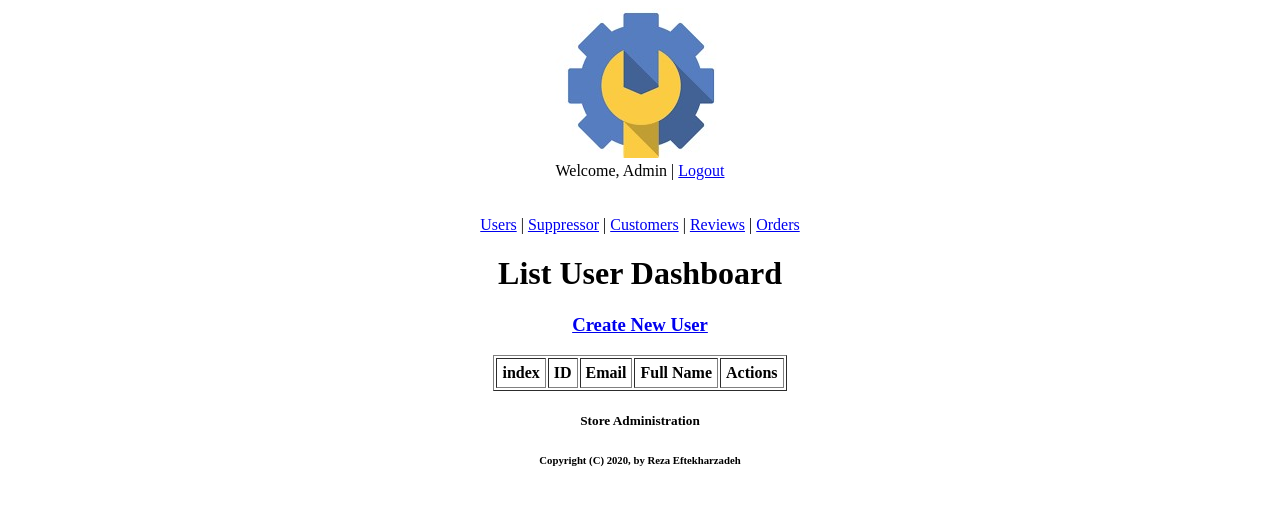
Repository: RezaEftekharzadeh/frey
Page: http://localhost/SilencerStoreProject/admin/user_list.jsp
An editor plug-in stored every save of this project. The page is shown before and after the next save, followed by the edit.
The browser window is 1280 px wide. The pictures show the whole page.
The page is served by Tomcat 9. Nobody is signed in. The application's start-up code is not run. Other server files are loaded and not shown.

Above is the page before, as saved 2020-07-22 11:19:26.

### SilencerStoreProject/WebContent/admin/user_list.jsp
<%@ page language="java" contentType="text/html; charset=ISO-8859-1"
    pageEncoding="ISO-8859-1"%>
    <%@ taglib prefix="c" uri="http://java.sun.com/jsp/jstl/core" %>
<!DOCTYPE html>
<html>
<head>
 <!-- <link rel="stylesheet" href="https://stackpath.bootstrapcdn.com/bootstrap/4.3.1/css/bootstrap.min.css" integrity="sha384-ggOyR0iXCbMQv3Xipma34MD+dH/1fQ784/j6cY/iJTQUOhcWr7x9JvoRxT2MZw1T" crossorigin="anonymous"> -->
<meta charset="ISO-8859-1">
<title>List Users page</title>
</head>
<body>
	<jsp:include page="header.jsp" />
	<div align="center">
	     <h1>List User Dashboard</h1>
	     <h3><a href="user_create.jsp">Create New User</a></h3>
    </div>


   <c:if test="${ message != null }">
    	<c:if test="${ message2 == 1 }">

		    <div align="center">
		    	<h4><i><p style="color:green;">${message}</p></i></h4>

		    </div>

   		</c:if>
    </c:if>

     <c:if test="${ message != null }">
    	<c:if test="${ message2 == 2 }">

		    <div align="center">
		    	<h4><i><p style="color:red;">${message}</p></i></h4>

		    </div>

   		</c:if>
    </c:if>



	<div align="center">
		<table border="1" cellPadding="5">
			<tr>
				<th>index</th>
				<th>ID</th>
				<th>Email</th>
				<th>Full Name</th>
				<th>Actions</th>
			</tr>
			<c:forEach var="user" items="${listUser}" varStatus="status">
				<tr>
					<td>${status.index+1}</td>
					<td>${user.userId}</td>
					<td>${user.email}</td>
					<td>${user.fullName}</td>
					<td>
						<a href="edit_user?id=${user.userId}">Edit</a>
						<a href="javascript:confirmDelete(${user.userId})">Delete</a>
					</td>
				</tr>
			</c:forEach>

		</table>

	</div>



     <jsp:include page="footer.jsp" />

     <script>
		function confirmDelete(userId){

			if(confirm('Are you sure that want to delete ' + userId + '?')){

				window.location= 'delete_user?id='+ userId ;
			}

		}

	</script>
</body>
</html>

### SilencerStoreProject/WebContent/admin/header.jsp
<div align="center">

	<div >
		 <img src="../images/admin-page.jpg">
	</div>

	<div >
	  Welcome, Admin | <a href="logout">Logout</a>
	</div>
	<br><br>

	<div>
		<a href="list_users">Users</a> |
		<a href="suppressor">Suppressor</a> |
		<a href="customers">Customers</a> |
		<a href="reviews">Reviews</a> |
		<a href="orders">Orders</a>
	</div>
</div>

### SilencerStoreProject/WebContent/admin/footer.jsp

<div align="center">

 <h5>Store Administration</h5>
 <h6> Copyright (C) 2020, by Reza Eftekharzadeh</h6>



</div>

After the next save:
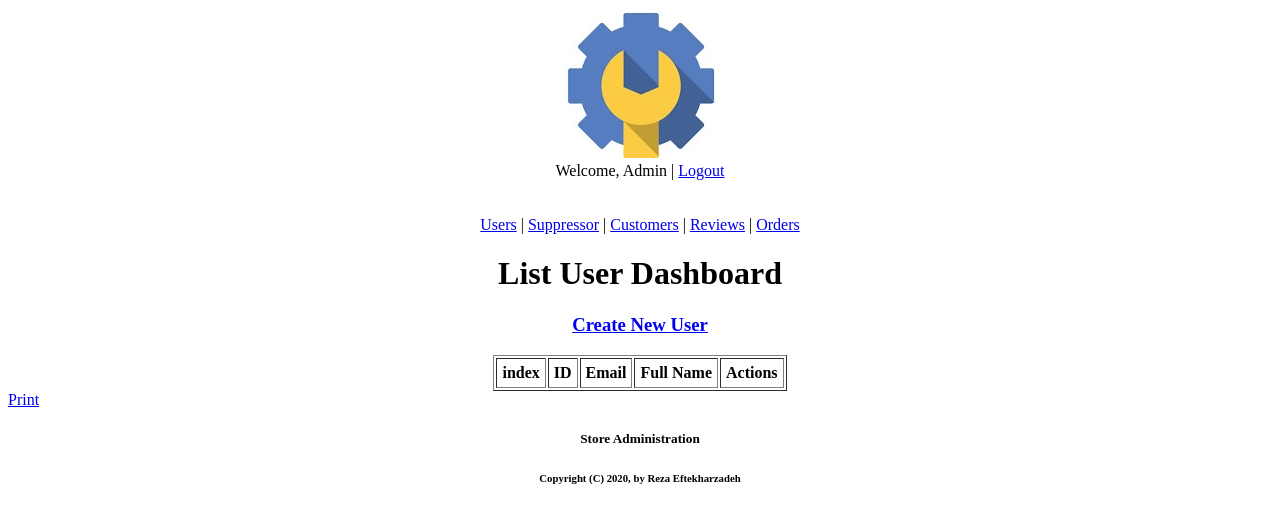
Saved 57 min 33 s later.
--- a/SilencerStoreProject/WebContent/admin/user_list.jsp
+++ b/SilencerStoreProject/WebContent/admin/user_list.jsp
@@ -41,7 +41,7 @@
 
 
 	<div align="center">
-		<table border="1" cellPadding="5">
+		<table border="1" cellPadding="5" id="list">
 			<tr>
 				<th>index</th>
 				<th>ID</th>
@@ -65,7 +65,9 @@
 		</table>
 
 	</div>
-
+	<div>
+		<a href="javascript:fnExcelReport()">Print</a>
+	</div>
 
 
      <jsp:include page="footer.jsp" />
@@ -80,6 +82,40 @@
 
 		}
 
+		function fnExcelReport(){
+
+		    var tab_text="<table border='2px'><tr bgcolor='#87AFC6'>";
+		    var textRange; var j=0;
+		    tab = document.getElementById('list'); // id of table
+
+		    for(j = 0 ; j < tab.rows.length ; j++) {
+
+		        tab_text=tab_text+tab.rows[j].innerHTML+"</tr>";
+		        //tab_text=tab_text+"</tr>";
+		    }
+
+		    tab_text=tab_text+"</table>";
+		    tab_text= tab_text.replace(/<A[^>]*>|<\/A>/g, "");//remove if u want links in your table
+		    tab_text= tab_text.replace(/<img[^>]*>/gi,""); // remove if u want images in your table
+		    tab_text= tab_text.replace(/<input[^>]*>|<\/input>/gi, ""); // reomves input params
+
+		    var ua = window.navigator.userAgent;
+		    var msie = ua.indexOf("MSIE ");
+
+		    if (msie > 0 || !!navigator.userAgent.match(/Trident.*rv\:11\./)) {     // If Internet Explorer
+
+		        txtArea1.document.open("txt/html","replace");
+		        txtArea1.document.write(tab_text);
+		        txtArea1.document.close();
+		        txtArea1.focus();
+		        sa=txtArea1.document.execCommand("SaveAs",true,"Say Thanks to Sumit.xls");
+		    }
+		    else                 //other browser not tested on IE 11
+		        sa = window.open('data:application/vnd.ms-excel,' + encodeURIComponent(tab_text));
+
+		    return (sa);
+		}
+
 	</script>
 </body>
 </html>
